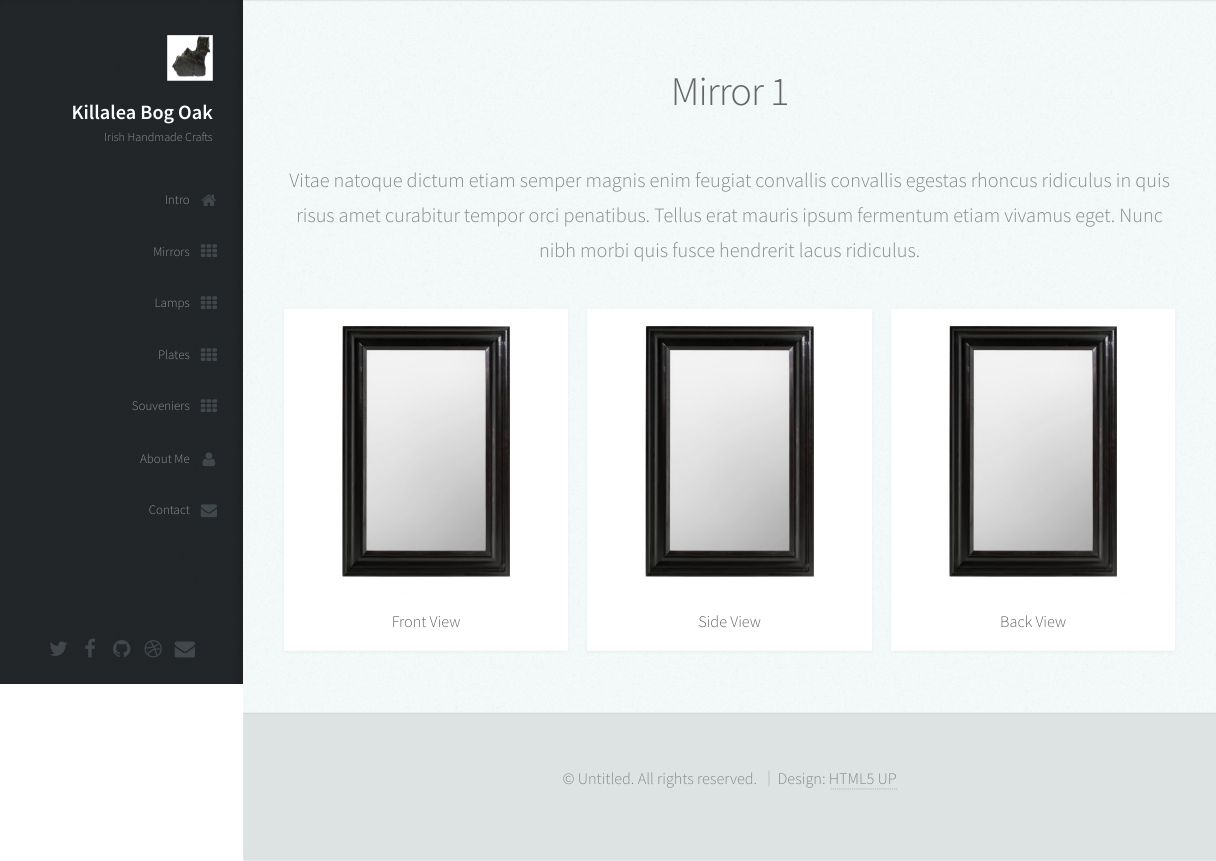
Repository: patrickkillalea/bogoak
Page: workspace/mirrors1.html
The author's editor kept a record of every edit. The page is drawn from the files as they stood at one moment, then again after the next edit.
The browser window is 1280 px wide. The pictures show the whole page, at 95% of full size.

Above is the page before.
Console error: TypeError: Cannot read properties of undefined (reading 'link')

### workspace/mirrors1.html
<!DOCTYPE HTML>
<!--
	Prologue by HTML5 UP
	html5up.net | @n33co
	Free for personal and commercial use under the CCA 3.0 license (html5up.net/license)
-->
<html>

<head>
	<title>Prologue by HTML5 UP</title>
	<meta http-equiv="content-type" content="text/html; charset=utf-8" />
	<meta name="description" content="" />
	<meta name="keywords" content="" />
	<!--[if lte IE 8]><script src="css/ie/html5shiv.js"></script><![endif]-->
	<script src="js/jquery.min.js"></script>
	<script src="js/jquery.scrolly.min.js"></script>
	<script src="js/jquery.scrollzer.min.js"></script>
	<script src="js/skel.min.js"></script>
	<script src="js/skel-layers.min.js"></script>
	<script src="js/init.js"></script>
	<noscript>
		<link rel="stylesheet" href="css/skel.css" />
		<link rel="stylesheet" href="css/style.css" />
		<link rel="stylesheet" href="css/style-wide.css" />
	</noscript>
	<!--[if lte IE 9]><link rel="stylesheet" href="css/ie/v9.css" /><![endif]-->
	<!--[if lte IE 8]><link rel="stylesheet" href="css/ie/v8.css" /><![endif]-->
</head>

<body>

	<!-- Header -->
	<div id="header" class="skel-layers-fixed">

		<div class="top">

			<!-- Logo -->
			<div id="logo">
				<span class="image avatar48"><img src="images/bogoakicon.jpg" alt="" /></span>
				<h1 id="title">Killalea Bog Oak</h1>
				<p>Irish Handmade Crafts</p>
			</div>

			<!-- Nav -->
			<nav id="nav">
				<!--

								Prologue's nav expects links in one of two formats:

								1. Hash link (scrolls to a different section within the page)

								   <li><a href="#foobar" id="foobar-link" class="icon fa-whatever-icon-you-want skel-layers-ignoreHref"><span class="label">Foobar</span></a></li>

								2. Standard link (sends the user to another page/site)

								   <li><a href="http://foobar.tld" id="foobar-link" class="icon fa-whatever-icon-you-want"><span class="label">Foobar</span></a></li>

							-->
				<ul>
					<li><a href="#top" id="top-link" class="skel-layers-ignoreHref"><span class="icon fa-home">Intro</span></a>
					</li>
					<li><a href="#mirrors" id="mirrors-link" class="skel-layers-ignoreHref"><span class="icon fa-th">Mirrors</span></a>
					</li>
					<li><a href="#lamps" id="lamps-link" class="skel-layers-ignoreHref"><span class="icon fa-th">Lamps</span></a>
					</li>
					<li><a href="#plates" id="plates-link" class="skel-layers-ignoreHref"><span class="icon fa-th">Plates</span></a>
					</li>
					<li><a href="#souveniers" id="souveniers-link" class="skel-layers-ignoreHref"><span class="icon fa-th">Souveniers</span></a>
					</li>
					<li><a href="#about" id="about-link" class="skel-layers-ignoreHref"><span class="icon fa-user">About Me</span></a>
					</li>
					<li><a href="#contact" id="contact-link" class="skel-layers-ignoreHref"><span class="icon fa-envelope">Contact</span></a>
					</li>
				</ul>
			</nav>

		</div>

		<div class="bottom">

			<!-- Social Icons -->
			<ul class="icons">
				<li><a href="#" class="icon fa-twitter"><span class="label">Twitter</span></a>
				</li>
				<li><a href="#" class="icon fa-facebook"><span class="label">Facebook</span></a>
				</li>
				<li><a href="#" class="icon fa-github"><span class="label">Github</span></a>
				</li>
				<li><a href="#" class="icon fa-dribbble"><span class="label">Dribbble</span></a>
				</li>
				<li><a href="#" class="icon fa-envelope"><span class="label">Email</span></a>
				</li>
			</ul>

		</div>

	</div>

	<!-- Main -->
	<div id="main">


		<!-- Portfolio -->
		<section id="portfolio" class="two">
			<div class="container">

				<header>
					<h2>Mirror 1</h2>
				</header>

				<p>Vitae natoque dictum etiam semper magnis enim feugiat convallis convallis egestas rhoncus ridiculus in quis risus amet curabitur tempor orci penatibus. Tellus erat mauris ipsum fermentum etiam vivamus eget. Nunc nibh morbi quis fusce hendrerit lacus
					ridiculus.</p>

				<div class="row">
					<div class="4u">
						<article class="item">
							<a href="#" class="image fit">
								<img src="images_mirror/1.jpg" alt="" />
							</a>
							<header>
								<h3>Front View</h3>
							</header>
						</article>
					</div>
					<div class="4u">
						<article class="item">
							<a href="#" class="image fit">
								<img src="images_mirror/1.jpg" alt="" />
							</a>
							<header>
								<h3>Side View</h3>
							</header>
						</article>
					</div>
					<div class="4u">
						<article class="item">
							<a href="#" class="image fit">
								<img src="images_mirror/1.jpg" alt="" />
							</a>
							<header>
								<h3>Back View</h3>
							</header>
						</article>
					</div>
				</div>

			</div>
		</section>



	</div>

	<!-- Footer -->
	<div id="footer">

		<!-- Copyright -->
		<ul class="copyright">
			<li>&copy; Untitled. All rights reserved.</li>
			<li>Design: <a href="http://html5up.net">HTML5 UP</a>
			</li>
		</ul>

	</div>

</body>

</html>

### workspace/css/style.css
@charset 'UTF-8';
@import url("font-awesome.min.css");
@import url("http://fonts.googleapis.com/css?family=Source+Sans+Pro:300,300italic,400,600");

/*
	Prologue by HTML5 UP
	html5up.net | @n33co
	Free for personal and commercial use under the CCA 3.0 license (html5up.net/license)
*/

/*********************************************************************************/
/* Basic                                                                         */
/*********************************************************************************/

	body
	{
		background: #fff;
	}

		body.is-loading *
		{
			-moz-transition: none !important;
			-webkit-transition: none !important;
			-o-transition: none !important;
			-ms-transition: none !important;
			transition: none !important;
			-moz-animation: none !important;
			-webkit-animation: none !important;
			-o-animation: none !important;
			-ms-animation: none !important;
			animation: none !important;
		}

	body,input,textarea,select
	{
		font-family: 'Source Sans Pro', sans-serif;
		font-size: 19pt;
		font-weight: 300;
		line-height: 1.75em;
		color: #888;
	}

	h1,h2,h3,h4,h5,h6
	{
		font-weight: 300;
		color: #666;
		line-height: 1.5em;
	}

		h1 a, h2 a, h3 a, h4 a, h5 a, h6 a
		{
			color: inherit;
			text-decoration: none;
		}

		h1 strong, h2 strong, h3 strong, h4 strong, h5 strong, h6 strong
		{
			color: #333;
		}

		h2
		{
			font-size: 2em;
			letter-spacing: -1px;
		}

			h2.alt
			{
				color: #888;
			}

			h2.alt strong
			{
				color: #666;
			}

		h3
		{
			font-size: 1.5em;
		}

	header
	{
		margin: 0 0 2em 0;
	}

		header > p
		{
			margin: 1em 0 0 0;
		}

	footer
	{
		margin: 2em 0 0 0;
	}

	strong, b
	{
		font-weight: 300;
		color: #666;
	}

	em, i
	{
		font-style: italic;
	}

	a
	{
		text-decoration: none;
		color: inherit;
		border-bottom: dotted 1px rgba(128,128,128,0.5);
		-moz-transition: color 0.35s ease-in-out, border-bottom-color 0.35s ease-in-out;
		-webkit-transition: color 0.35s ease-in-out, border-bottom-color 0.35s ease-in-out;
		-o-transition: color 0.35s ease-in-out, border-bottom-color 0.35s ease-in-out;
		-ms-transition: color 0.35s ease-in-out, border-bottom-color 0.35s ease-in-out;
		transition: color 0.35s ease-in-out, border-bottom-color 0.35s ease-in-out;
		outline: 0;
	}

		a:hover
		{
			color: #E27689;
			border-bottom-color: rgba(255,255,255,0);
		}

	sub
	{
		position: relative;
		top: 0.5em;
		font-size: 0.8em;
	}

	sup
	{
		position: relative;
		top: -0.5em;
		font-size: 0.8em;
	}

	hr
	{
		border: 0;
		border-top: solid 1px #ddd;
	}

	blockquote
	{
		border-left: solid 0.5em #ddd;
		padding: 1em 0 1em 2em;
		font-style: italic;
	}

	p, ul, ol, dl, table
	{
		margin-bottom: 2em;
	}

	br.clear
	{
		clear: both;
	}

	/* Sections/Article */

		section,
		article
		{
			margin-bottom: 3em;
		}

			section > :last-child,
			article > :last-child,
			section > .container > :last-child,
			article > .container > :last-child
			{
				margin-bottom: 0;
			}

			section:last-child,
			article:last-child
			{
				margin-bottom: 0;
			}

			.row > section,
			.row > article
			{
				margin-bottom: 0;
			}

	/* Image */

		.image
		{
			display: inline-block;
			border: 0;
		}

			.image img
			{
				display: block;
				width: 100%;
			}

			.image.avatar48
			{
				width: 48px;
				height: 48px;
				background: #f00;
			}

				.image.avatar48 img
				{
					width: 48px;
					height: 48px;
				}

			.image.fit
			{
				display: block;
				width: 100%;
			}

			.image.featured
			{
				display: block;
				width: 100%;
				margin: 0 0 2em 0;
			}

			.image.left
			{
				float: left;
				margin: 0 2em 2em 0;
			}

			.image.centered
			{
				display: block;
				margin: 0 0 2em 0;
			}

				.image.centered img
				{
					margin: 0 auto;
					width: auto;
				}

	/* List */

		ul
		{
		}

			ul.default
			{
				list-style: disc;
				padding-left: 1em;
			}

				ul.default li
				{
					padding-left: 0.5em;
				}

			ul.icons
			{
				cursor: default;
			}

				ul.icons li
				{
					display: inline-block;
				}

					ul.icons a
					{
						display: inline-block;
						width: 2em;
						height: 2em;
						line-height: 2em;
						text-align: center;
						border: 0;
					}

		ol
		{
		}

			ol.default
			{
				list-style: decimal;
				padding-left: 1.25em;
			}

				ol.default li
				{
					padding-left: 0.25em;
				}

	/* Form */

		form
		{
		}

			form label
			{
				display: block;
				text-align: left;
				margin-bottom: 0.5em;
			}

			form input[type="text"],
			form input[type="email"],
			form input[type="password"],
			form select,
			form textarea
			{
				position: relative;
				-webkit-appearance: none;
				display: block;
				border: 0;
				outline: 0;
				background: #fff;
				background: rgba(255,255,255,0.75);
				width: 100%;
				border-radius: 0.35em;
				padding: 0.75em 1em 0.75em 1em;
				box-shadow: inset 0 0.1em 0.1em 0 rgba(0,0,0,0.05);
				border: solid 1px rgba(0,0,0,0.15);
				-moz-transition: all 0.35s ease-in-out;
				-webkit-transition: all 0.35s ease-in-out;
				-o-transition: all 0.35s ease-in-out;
				-ms-transition: all 0.35s ease-in-out;
				transition: all 0.35s ease-in-out;
			}

				form input[type="text"],
				form input[type="email"],
				form input[type="password"],
				form select
				{
					line-height: 1.25em;
				}

				form input[type="text"]:focus,
				form input[type="email"]:focus,
				form input[type="password"]:focus,
				form select:focus,
				form textarea:focus
				{
					box-shadow: 0 0 2px 1px #8ebebc;
					background: #fff;
				}

				form textarea
				{
					min-height: 14em;
				}

				form .formerize-placeholder
				{
					color: #555 !important;
				}

				form ::-webkit-input-placeholder
				{
					color: #555 !important;
				}

				form :-moz-placeholder
				{
					color: #555 !important;
				}

				form ::-moz-placeholder
				{
					color: #555 !important;
				}

				form :-ms-input-placeholder
				{
					color: #555 !important;
				}

				form ::-moz-focus-inner
				{
					border: 0;
				}

	/* Table */

		table
		{
			width: 100%;
		}

			table.default
			{
				width: 100%;
				text-align: left;
			}

				table.default tbody tr:nth-child(2n+2)
				{
					background: #f4f4f4;
				}

				table.default td
				{
					padding: 0.5em 1em 0.5em 1em;
				}

				table.default th
				{
					text-align: left;
					padding: 0.5em 1em 0.5em 1em;
					color: #fff;
					background: #222729 url('images/overlay.png');
				}

				table.default thead
				{
					background: #444;
					color: #fff;
				}

				table.default tfoot
				{
					background: #eee;
				}

				table.default tbody
				{
				}

	/* Button */

		input[type="button"],
		input[type="submit"],
		input[type="reset"],
		.button
		{
			position: relative;
			display: inline-block;
			border-radius: 0.35em;
			color: #fff !important;
			text-decoration: none;
			padding: 0.75em 2.5em 0.75em 2.5em;
			background-color: #8ebebc;
			border: 0;
			cursor: pointer;
			background-image: -moz-linear-gradient(top, rgba(0,0,0,0), rgba(0,0,0,0.15)), url('images/overlay.png');
			background-image: -webkit-linear-gradient(top, rgba(0,0,0,0), rgba(0,0,0,0.15)), url('images/overlay.png');
			background-image: -o-linear-gradient(top, rgba(0,0,0,0), rgba(0,0,0,0.15)), url('images/overlay.png');
			background-image: -ms-linear-gradient(top, rgba(0,0,0,0), rgba(0,0,0,0.15)), url('images/overlay.png');
			background-image: linear-gradient(top, rgba(0,0,0,0), rgba(0,0,0,0.15)), url('images/overlay.png');
			-moz-transition: background-color 0.35s ease-in-out;
			-webkit-transition: background-color 0.35s ease-in-out;
			-o-transition: background-color 0.35s ease-in-out;
			-ms-transition: background-color 0.35s ease-in-out;
			transition: background-color 0.35s ease-in-out;
		}

			input[type="button"]:hover,
			input[type="submit"]:hover,
			input[type="reset"]:hover,
			.button:hover
			{
				background-color: #9ececc;
			}

			input[type="button"]:active,
			input[type="submit"]:active,
			input[type="reset"]:active,
			.button:active
			{
				background-color: #7eaeac;
			}

	/* Item */

		.item
		{
			box-shadow: 0 0.05em 0.15em 0 rgba(0,0,0,0.05);
			margin-bottom: 40px;
		}

			.item header
			{
				background: #fff;
				margin: 0;
				padding: 1em 0 1em 0;
				font-size: 0.8em;
			}

				.item header h3
				{
					font-size: 1em;
				}

/*********************************************************************************/
/* Icons                                                                         */
/*********************************************************************************/

	.icon {
		text-decoration: none;
	}

		.icon:before {
			display: inline-block;
			font-family: FontAwesome;
			font-size: 1.25em;
			text-decoration: none;
			font-style: normal;
			font-weight: normal;
			line-height: 1;
			-webkit-font-smoothing:antialiased;
			-moz-osx-font-smoothing:grayscale;
		}

		.icon > .label {
			display: none;
		}

/*********************************************************************************/
/* Header                                                                        */
/*********************************************************************************/

	#header
	{
		position: fixed;
		top: 0;
		left: 0;
		width: 375px;
		height: 100%;
		color: #fff;
		background: #222629 url('images/overlay.png');
		box-shadow: inset -0.25em 0 0.25em 0 rgba(0,0,0,0.1);
		text-align: right;
	}

		#header .top
		{
			position: absolute;
			left: 0;
			top: 0;
			width: 100%;
		}

		#header .bottom
		{
			position: absolute;
			left: 0;
			bottom: 0;
			width: 100%;
		}

		#header .icons
		{
			font-size: 0.8em;
			margin: 0 0 1em 0;
			text-align: center;
		}

			#header .icons a
			{
				color: #41484c;
				-moz-transition: color 0.35s ease-in-out;
				-webkit-transition: color 0.35s ease-in-out;
				-o-transition: color 0.35s ease-in-out;
				-ms-transition: color 0.35s ease-in-out;
				transition: color 0.35s ease-in-out;
			}

				#header .icons a:hover
				{
					color: #fff;
				}

	#logo
	{
		position: relative;
		margin: 1.75em 1.5em 1.5em 1.5em;
		min-height: 48px;
		cursor: default;
	}

		#logo h1
		{
			position: relative;
			color: #fff;
			font-weight: 600;
			font-size: 1em;
			line-height: 1em;
		}

		#logo p
		{
			position: relative;
			display: block;
			font-size: 0.6em;
			color: rgba(255,255,255,0.5);
			line-height: 1.25em;
			margin: 0.5em 0 0 0;
		}

		#logo .image
		{
			position: absolute;
			left: 0;
			top: 0;
		}

	#nav
	{
	}

		#nav ul
		{
		}

			#nav ul li
			{
			}

				#nav ul li a
				{
					display: block;
					padding: 0.5em 1.5em 0.5em 1.5em;
					color: rgba(255,255,255,0.5);
					text-decoration: none;
					outline: 0;
					border: 0;
					-moz-transition: none;
					-webkit-transition: none;
					-o-transition: none;
					-ms-transition: none;
					transition: none;
				}

					#nav ul li a span
					{
						position: relative;
						display: block;
						font-size: 0.8em;
					}

						#nav ul li a span:before
						{
							position: absolute;
							left: 0;
							color: #41484c;
							text-align: center;
							width: 1.25em;
							line-height: 1.75em;
						}

					#nav ul li a.active
					{
						background: rgba(0,0,0,0.15);
						box-shadow: inset 0 0 0.25em 0 rgba(0,0,0,0.125);
						color: #fff;
					}

						#nav ul li a.active span
						{
						}

							#nav ul li a.active span:before
							{
								color: #e27689;
							}

/*********************************************************************************/
/* Footer                                                                        */
/*********************************************************************************/

	#footer
	{
		margin-left: 375px;
		text-align: center;
		background-color: #dce3e2;
		padding: 3em 0 4em 0;
		box-shadow: inset 0 1px 0 0 rgba(0,0,0,0.05), inset 0 0.1em 0.1em 0 rgba(0,0,0,0.025);
		font-size: 0.8em;
	}

		#footer .copyright
		{
			cursor: default;
			margin: 0;
		}

			#footer .copyright li
			{
				display: inline-block;
				line-height: 1em;
				border-left: solid 1px rgba(128,128,128,0.35);
				padding: 0 0 0 0.5em;
				margin: 0 0 0 0.5em;
			}

			#footer .copyright li:first-child
			{
				border-left: 0;
				padding-left: 0;
				margin-left: 0;
			}

/*********************************************************************************/
/* Main                                                                          */
/*********************************************************************************/

	#main
	{
		margin-left: 375px;
	}

		#main > section
		{
			margin: 0;
			overflow: hidden;
			padding: 4em 0;
			box-shadow: inset 0 1px 0 0 rgba(0,0,0,0.05), inset 0 0.1em 0.1em 0 rgba(0,0,0,0.025);
			text-align: center;
			background-image: url('images/overlay.png');
		}

			#main > section.dark
			{
				color: #ddd;
				color: rgba(255,255,255,0.75);
			}

				#main > section.dark h2,
				#main > section.dark h3,
				#main > section.dark h4,
				#main > section.dark h5,
				#main > section.dark h6
				{
					color: inherit;
				}

				#main > section.dark strong,
				#main > section.dark a
				{
					color: #fff;
					border-color: inherit;
				}

					#main > section.dark a:hover
					{
						border-bottom-color: rgba(255,255,255,0);
					}

			#main > section.cover
			{
				padding: 6em 0;
				background-size: cover;
				background-position: center center;
			}

			#main > section.one
			{
				background-color: #81918E;
				background-image: url('../images/banner.jpg');
			}

			#main > section.two
			{
				background-color: #f5fafa;
			}

			#main > section.three
			{
				background-color: #ecf1f1;
			}

			#main > section.four
			{
				background-color: #e8edec;
			}

### workspace/css/style-wide.css
/*
	Prologue by HTML5 UP
	html5up.net | @n33co
	Free for personal and commercial use under the CCA 3.0 license (html5up.net/license)
*/

/*********************************************************************************/
/* Basic                                                                         */
/*********************************************************************************/

	body,input,textarea,select
	{
		font-size: 17pt;
	}

/*********************************************************************************/
/* Header                                                                        */
/*********************************************************************************/

	#header
	{
		width: 300px;
	}

/*********************************************************************************/
/* Footer                                                                        */
/*********************************************************************************/

	#footer
	{
		margin-left: 300px;
	}

/*********************************************************************************/
/* Main                                                                          */
/*********************************************************************************/

	#main
	{
		margin-left: 300px;
	}

### workspace/css/style-narrow.css
/*
	Prologue by HTML5 UP
	html5up.net | @n33co
	Free for personal and commercial use under the CCA 3.0 license (html5up.net/license)
*/

/*********************************************************************************/
/* Basic                                                                         */
/*********************************************************************************/

	body,input,textarea,select
	{
		font-size: 16pt;
	}

	.container
	{
		padding: 0 2em 0 2em;
	}

	/* List */

		ul
		{
		}

			ul.icons
			{
			}

				ul.icons li
				{
				}

				ul.icons li a
				{
					width: 1.75em;
				}

	/* Item */

		.item
		{
			margin-bottom: 20px;
		}

/*********************************************************************************/
/* Header                                                                        */
/*********************************************************************************/

	#header
	{
		width: 20%;
	}

	#logo
	{
	}

		#logo .image
		{
			position: relative;
			margin: 0 0 0.5em 0;
		}

	#nav
	{
	}

		#nav ul
		{
		}

			#nav ul li
			{
			}

				#nav ul li a
				{
					font-size: 0.8em;
					padding-top: 0.5em;
					padding-bottom: 0.5em;
				}

					#nav ul li a span
					{
						padding-right: 2.25em;
					}

						#nav ul li a span:before
						{
							left: 100%;
							margin-left: -1.25em;
							line-height: 2.25em;
						}

/*********************************************************************************/
/* Footer                                                                        */
/*********************************************************************************/

	#footer
	{
		margin-left: 20%;
	}

/*********************************************************************************/
/* Main                                                                          */
/*********************************************************************************/

	#main
	{
		margin-left: 20%;
	}

Loaded but not shown: workspace/js/jquery.min.js (library); workspace/js/jquery.scrolly.min.js (common file); workspace/js/jquery.scrollzer.min.js (common file); workspace/js/skel.min.js (library); workspace/js/skel-layers.min.js (library); workspace/css/style-normal.css (common file); workspace/css/font-awesome.min.css (library); workspace/js/init.js (125 lines, source omitted)

After the next edit:
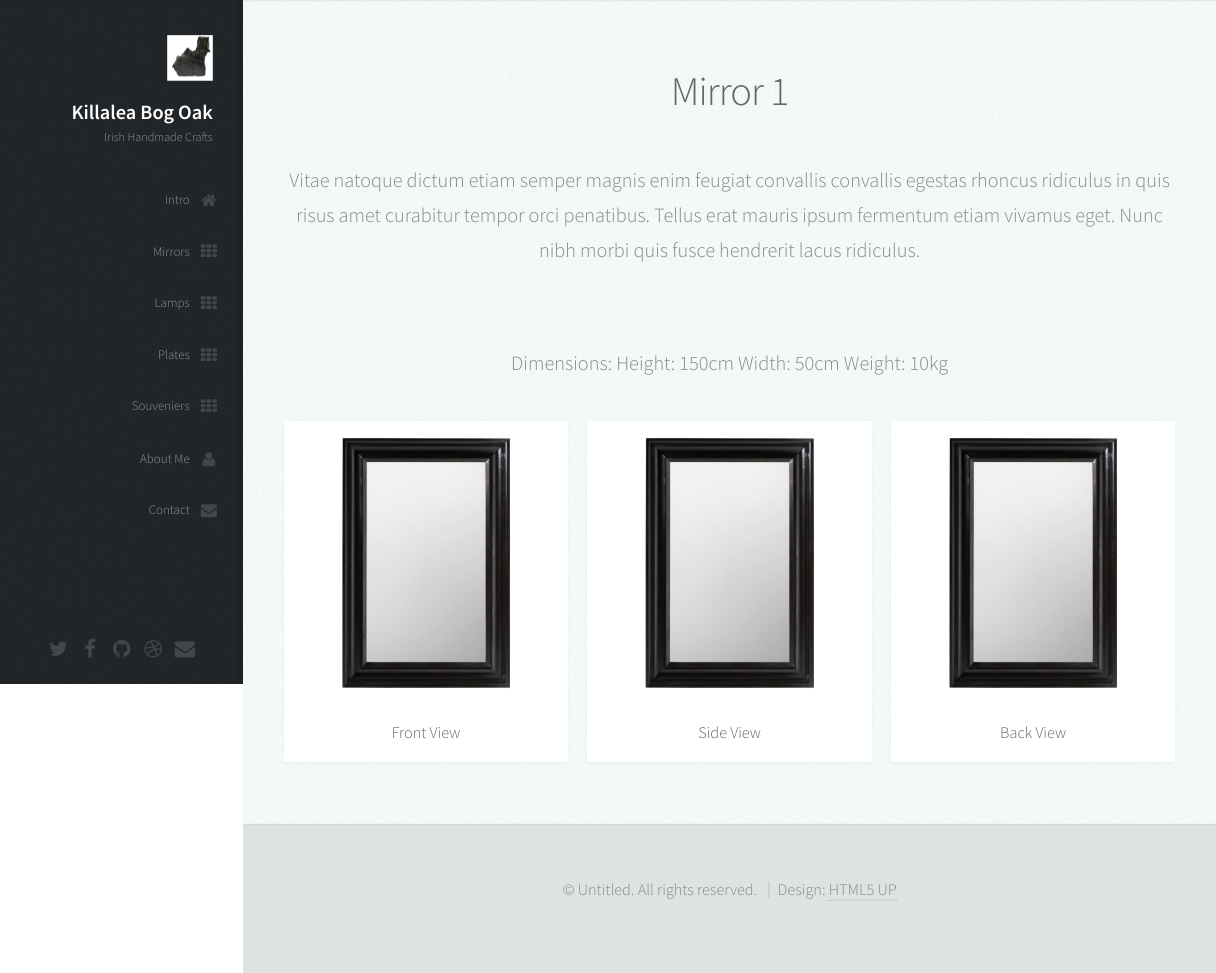
The edit:
--- a/workspace/mirrors1.html
+++ b/workspace/mirrors1.html
@@ -109,7 +109,8 @@
 				</header>
 
 				<p>Vitae natoque dictum etiam semper magnis enim feugiat convallis convallis egestas rhoncus ridiculus in quis risus amet curabitur tempor orci penatibus. Tellus erat mauris ipsum fermentum etiam vivamus eget. Nunc nibh morbi quis fusce hendrerit lacus
-					ridiculus.</p>
+					ridiculus.</p></br>
+					<p>Dimensions: Height: 150cm Width: 50cm Weight: 10kg</p>
 
 				<div class="row">
 					<div class="4u">
